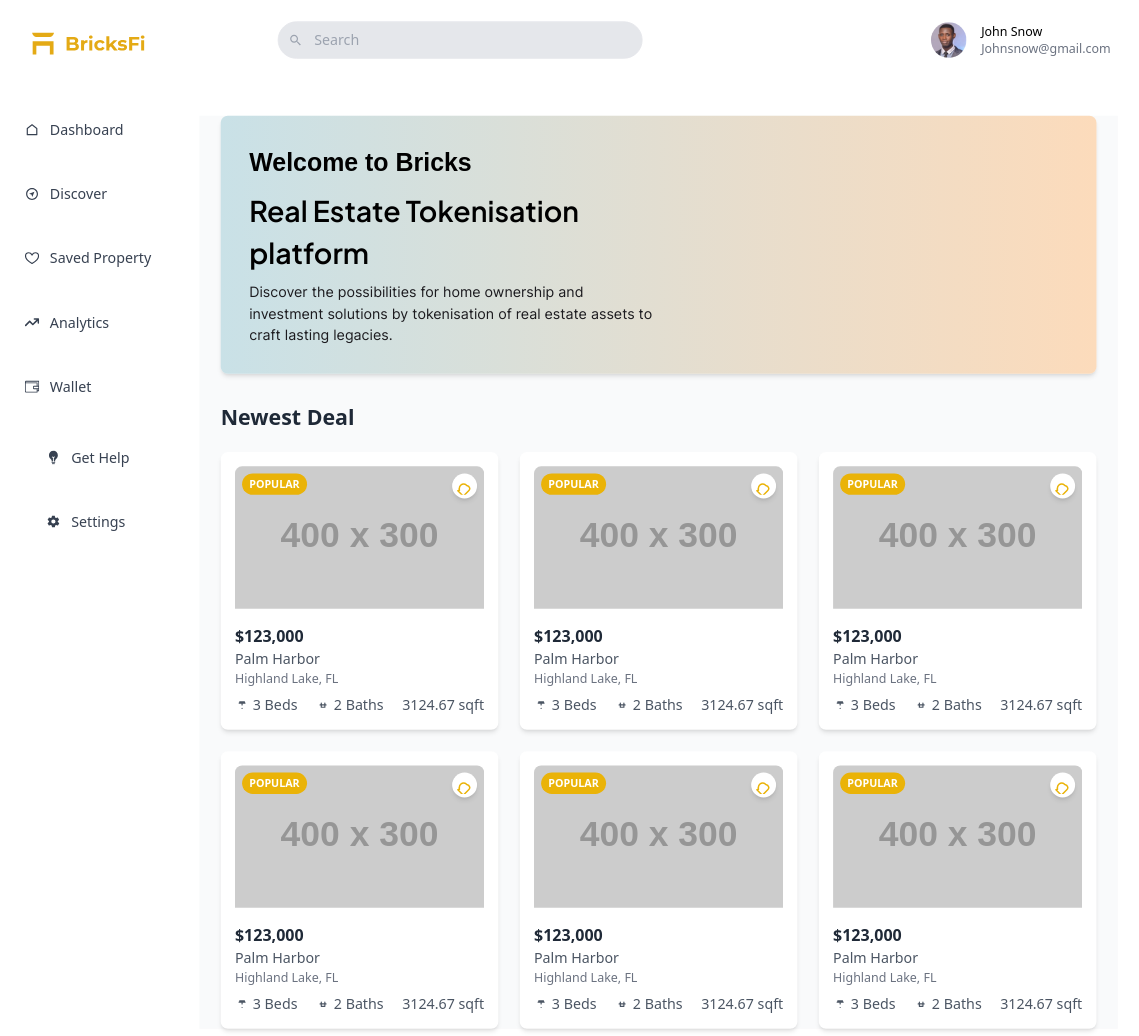
Repository: AyomideAkintade/BricksFi-Frontend
Page: /dashboard/discover (app in client/)
An editor plug-in stored every save of this project. The page is shown before and after the next save, followed by the edit.
The browser window is 1280 px wide. The pictures show the whole page, at 89% of full size.
The page's requests for data from a server got no answer. The project was rebuilt for these pictures with package versions that can differ from the ones it lists, and the page was loaded fresh each time. No one was signed in, and anything a server would have sent is missing. Also part of the build but not shown: client/src/components/navbar.jsx, client/src/components/home.jsx, client/src/components/homeSecond.jsx, client/src/components/homeThird.jsx, client/src/components/homeFifth.jsx, client/src/components/homeSixth.jsx, client/src/components/homeSeventh.jsx, client/src/api/base.js and 16 more.

Above is the page before, as saved 2024-10-04 23:37:50.

### client/src/index.css
@import "tailwindcss/base";
@import "tailwindcss/components";
@import "tailwindcss/utilities";


@layer utilities {
    @font-face {
      font-family: Bebas Neue;
      font-weight: 400;
      src: url(/src/assets/fonts/BebasNeue-Regular.ttf) format("truetype");
    }
    @font-face {
      font-family: Manrope;
      src: url(/src/assets/fonts/Manrope-VariableFont_wght.ttf) format("truetype");
    }
    @font-face {
      font-family: DM Sans;
      src: url(/src/assets/fonts/DMSans-VariableFont_opsz.ttf) format("truetype");
    }
    @font-face {
      font-family: inter;
      src: url(/src/assets/fonts/Inter-VariableFont_slnt\,wght.ttf) format("truetype");
    }
    @font-face {
      font-family: Archivo;
      src: url(/src/assets/fonts/Archivo-Bold.ttf) format("truetype");
    }
    @font-face {
      font-family: Rubik;
      src: url(/src/assets/fonts/Rubik-VariableFont_wght.ttf) format("truetype");
    }
    @font-face {
      font-family: CircularStd;
      src: url(/src/assets/fonts/CircularStd-Bold.ttf) format("truetype");
      src: url(/src/assets/fonts/CircularStd-Medium.ttf) format("truetype");
    }
    @font-face {
        font-family: Poppins;
        src: url(/src/assets/fonts/Poppins-Regular.ttf) format("truetype"), url(/src/assets/fonts/Poppins-Bold.ttf) format("truetype"), url(/src/assets/fonts/Poppins-Medium.ttf) format("truetype");
      }
    @font-face {
      font-family: Lato;
      src: url(/src/assets/fonts/Lato-Regular.ttf) format("truetype"), url(/src/assets/fonts/Lato-Bold.ttf) format("truetype");
    }
    @font-face {
      font-family: satoshi;
      src: url(/src/assets/fonts/Satoshi-Variable.ttf) format("truetype");
    }
    @font-face {
      font-family: ClashDisplay;
      src: url(/src/assets/fonts/ClashDisplay-Variable.ttf) format("truetype");
    }
    @font-face {
      font-family: Outfit;
      src: url(/src/assets/fonts/Outfit-VariableFont_wght.ttf) format("truetype");
    }
    @font-face {
      font-family: Futura;
      src: url(/src/assets/fonts/Futura-Std-Book.ttf) format("truetype");
    }
    @font-face {
      font-family: NeurialGrotesk;
      font-weight: normal;
      src:  url(/src/assets/fonts/NeurialGrotesk-Regular.otf) format("opentype");
    }
    @font-face {
      font-family: NeurialGrotesk;
      font-weight: bold;
      src:  url(/src/assets/fonts/NeurialGrotesk-Bold.otf) format("opentype");
    }
    @font-face {
      font-family: NeurialGrotesk;
      font-weight: 500;
      src:  url(/src/assets/fonts/NeurialGrotesk-Medium.otf) format("opentype");
    }
    @font-face {
        font-family: Jakarta;
        src:  url(/src/assets/fonts/PlusJakartaSans-VariableFont_wght.ttf) format("truetype");
      }
}

### client/src/App.js
import { BrowserRouter as Router, Route, Routes } from "react-router-dom";
import Home from "./pages/homePage";
import HomeFourth from "./components/login.jsx";
import HomeEight from "./components/signup.jsx";
import ForgotPasswordPage from "./components/forgotPassword.jsx";
import DashboardLayout from "./pages/dashboardLayout";
import DashboardPage from "./pages/dashboard.jsx";
import PieAnalytics from "./components/analytics.jsx";
import Discover from "./components/discover.jsx";
import SavedPropertyPage from "./components/savedProperties.jsx";
import { ToastContainer } from "react-toastify";
import 'react-toastify/dist/ReactToastify.css';
import { useEffect, useState } from "react";
import { BrCookies } from "./utils/storage/cookies.js";
// import DiscoverPage from "./pages/discover.jsx";
// import SavedPropertyPage from "./pages/savedProperty.jsx";

function App() {

  const [ loggedIn, setLoggedIn ] = useState(false);
  const [ isLoading, setLoading ] = useState(true);

  useEffect(()=>{
    const ck = new BrCookies(document);
    ck.getCookie('authToken')
      .then((value) => {
        setLoggedIn(true);
        setLoading(false);
      })
      .catch((e) => {
        setLoading(false);
        // this.setState({ isLoading: false }); // Set loading to false even if there is an error
      });
  }, [])
  if (isLoading) {
    return <div></div>;
  }

  return (
    <div>
      <ToastContainer limit={5} />
      {loggedIn ?
      <Router>
        <Routes>
          <Route path="*" element={<DashboardLayout />}>
            <Route index element={<DashboardPage />} />
          </Route>
          <Route path="/dashboard" element={<DashboardLayout />}>
            <Route index element={<DashboardPage />} />
            <Route path="discover" element={<Discover/>} />
            <Route path="saved-property" element={<SavedPropertyPage/>} />
            <Route path="analytics" element={<PieAnalytics />} />
          </Route>
        </Routes>
      </Router>
      :
      <Router>
        <Routes>
          {/* Public Routes */}
          <Route path="/" element={<Home />} />
          <Route path="/login" element={<HomeFourth />} />
          <Route path="/signup" element={<HomeEight />} />
          <Route path="/forgot-password" element={<ForgotPasswordPage />} />

          {/* Dashboard Routes with Sidebar and Header */}
          <Route path="/dashboard" element={<DashboardLayout />}>
            <Route index element={<DashboardPage />} />
            <Route path="discover" element={<Discover/>} />
            <Route path="saved-property" element={<SavedPropertyPage/>} />
            <Route path="analytics" element={<PieAnalytics />} />
          </Route>
        </Routes>
      </Router>
      }
    </div>
  );
}

export default App;

### client/src/pages/dashboardLayout.jsx
import React from 'react';
import Sidebar from '../components/sidebar';
import Header from '../components/header';
import { Outlet } from 'react-router-dom';

const DashboardLayout = () => {
  return (
    <div className="flex">
      {/* Sidebar */}
      <Sidebar />

      <div className="flex-1 ml-[200px]">
        {/* Header */}
        <Header />

        <div className="px-6 py-2">
          {/* Outlet will render the child routes here */}
          <Outlet />
        </div>
      </div>
    </div>
  );
};

export default DashboardLayout;

### client/src/components/discover.jsx
import React from 'react';

const properties = [
  {
    id: 1,
    price: "$123,000",
    name: "Palm Harbor",
    location: "Highland Lake, FL",
    bedrooms: 3,
    bathrooms: 2,
    area: "3124.67 sqft",
    imageUrl: "https://via.placeholder.com/400x300", // Replace with actual image URL
    popular: true,
  },
  {
    id: 2,
    price: "$123,000",
    name: "Palm Harbor",
    location: "Highland Lake, FL",
    bedrooms: 3,
    bathrooms: 2,
    area: "3124.67 sqft",
    imageUrl: "https://via.placeholder.com/400x300", // Replace with actual image URL
    popular: true,
  },
  {
    id: 3,
    price: "$123,000",
    name: "Palm Harbor",
    location: "Highland Lake, FL",
    bedrooms: 3,
    bathrooms: 2,
    area: "3124.67 sqft",
    imageUrl: "https://via.placeholder.com/400x300", // Replace with actual image URL
    popular: true,
  },
  {
    id: 4,
    price: "$123,000",
    name: "Palm Harbor",
    location: "Highland Lake, FL",
    bedrooms: 3,
    bathrooms: 2,
    area: "3124.67 sqft",
    imageUrl: "https://via.placeholder.com/400x300", // Replace with actual image URL
    popular: true,
  },
  {
    id: 5,
    price: "$123,000",
    name: "Palm Harbor",
    location: "Highland Lake, FL",
    bedrooms: 3,
    bathrooms: 2,
    area: "3124.67 sqft",
    imageUrl: "https://via.placeholder.com/400x300", // Replace with actual image URL
    popular: true,
  },
  {
    id: 6,
    price: "$123,000",
    name: "Palm Harbor",
    location: "Highland Lake, FL",
    bedrooms: 3,
    bathrooms: 2,
    area: "3124.67 sqft",
    imageUrl: "https://via.placeholder.com/400x300", // Replace with actual image URL
    popular: true,
  },
  // Add more property data as needed
];

const Discover = () => {
  return (
    <div className="bg-gray-50 min-h-screen">
      {/* Hero Section */}
      <section className="bg-gradient-to-r from-[#C9E1E7] to-[#FCDBBB] p-8 rounded-lg mx-6 my-8 shadow-md">
        <div className="grid grid-cols-1 md:grid-cols-2 items-center">
          <div className='flex flex-col gap-2'>
            <h1 className="text-[28px] font-semibold font-[sans-serif]">
              Welcome to Bricks
            </h1>
            <p className="text-[32px] font-semibold font-jakarta">
              Real Estate Tokenisation platform
            </p>
            <p className="text-[#1C1B1F] tracking-[2%] font-inter">
              Discover the possibilities for home ownership and investment
              solutions by tokenisation of real estate assets to craft lasting
              legacies.
            </p>
          </div>
          {/* <div>
            <img
              src="https://via.placeholder.com/600x400" // Replace with actual image URL
              alt="Real Estate Building"
              className="w-full rounded-lg"
            />
          </div> */}
        </div>
      </section>

      {/* Newest Deal Section */}
      <section className="px-6">
        <h2 className="text-2xl font-semibold text-gray-800 mb-6">Newest Deal</h2>
        <div className="grid grid-cols-1 md:grid-cols-3 lg:grid-cols-3 gap-6">
          {properties.map((property) => (
            <div key={property.id} className="bg-white p-4 rounded-lg shadow-md">
              <div className="relative">
                <img
                  src={property.imageUrl}
                  alt={property.name}
                  className="w-full h-40 object-cover rounded-t-lg"
                />
                {property.popular && (
                  <div className="absolute top-2 left-2 bg-yellow-500 text-white text-xs font-semibold px-2 py-1 rounded-full">
                    POPULAR
                  </div>
                )}
                <button className="absolute top-2 right-2 bg-white p-1 rounded-full shadow-md">
                  <svg
                    xmlns="http://www.w3.org/2000/svg"
                    fill="none"
                    viewBox="0 0 24 24"
                    stroke="currentColor"
                    className="w-5 h-5 text-yellow-500"
                  >
                    <path
                      strokeLinecap="round"
                      strokeLinejoin="round"
                      strokeWidth={2}
                      d="M5.121 17.804A4.992 4.992 0 015 15c0-1.38.56-2.63 1.464-3.536l.707-.707c.879-.88 2.03-1.464 3.537-1.464 1.507 0 2.658.584 3.537 1.464l.707.707A4.992 4.992 0 0119 15a4.992 4.992 0 01-1.465 3.535l-6.585 6.585a1 1 0 01-1.414 0l-6.585-6.585z"
                    />
                  </svg>
                </button>
              </div>
              <div className="mt-4">
                <h3 className="text-lg font-semibold text-gray-800">{property.price}</h3>
                <p className="text-gray-600">{property.name}</p>
                <p className="text-sm text-gray-500">{property.location}</p>
                <div className="flex items-center justify-between mt-2">
                  <div className="flex items-center text-gray-600">
                    <svg
                      xmlns="http://www.w3.org/2000/svg"
                      fill="none"
                      viewBox="0 0 24 24"
                      stroke="currentColor"
                      className="w-4 h-4 mr-1"
                    >
                      <path
                        strokeLinecap="round"
                        strokeLinejoin="round"
                        strokeWidth={2}
                        d="M8 7h8M7 9h10M12 12V9m0 9h.01"
                      />
                    </svg>
                    {property.bedrooms} Beds
                  </div>
                  <div className="flex items-center text-gray-600">
                    <svg
                      xmlns="http://www.w3.org/2000/svg"
                      fill="none"
                      viewBox="0 0 24 24"
                      stroke="currentColor"
                      className="w-4 h-4 mr-1"
                    >
                      <path
                        strokeLinecap="round"
                        strokeLinejoin="round"
                        strokeWidth={2}
                        d="M7 12h10M9 12v4h6v-4M9 9v3m6-3v3"
                      />
                    </svg>
                    {property.bathrooms} Baths
                  </div>
                  <div className="text-gray-600">{property.area}</div>
                </div>
              </div>
            </div>
          ))}
        </div>
      </section>
    </div>
  );
};

export default Discover;

### client/src/utils/storage/cookies.js

// eslint-disable-next-line no-unused-vars
class BrCookies {

    constructor(document) {
        this.document = document || (typeof document !== "undefined" ? document : null);
    }

    /**
     *
     * @param {Array<CookieData>} dataList
     */

    saveCookies(dataList){

        if (!Array.isArray(dataList)) {
            throw new Error("Data list must be an array.");
        }

        for (const data of dataList) {
            if (!(data instanceof CookieData)) {
                throw new Error("Invalid cookie data format.");
            }

            // save each cookie
            let cookieValue = `${data.name}=${data.value}; expires=${data.expiryDate.toUTCString()}; path=/`;

            // Set SameSite=None if running on localhost
            if (window.location.hostname !== 'localhost') {

                cookieValue += '; SameSite=Strict; Secure'
            }

            this.document.cookie = cookieValue;
        }
    }

    async getCookie(name) {
        return new Promise((resolve, reject) => {
          const cookies = this.document.cookie.split('; ');
          for (const cookie of cookies) {
            const [cookieName, cookieValue] = cookie.split('=');
            if (cookieName === name) {
              resolve(cookieValue);
              return;
            }
          }
          reject(new Error(`Cookie with name ${name} not found.`));
        });
    }

    removeCookie(name) {
        this.document.cookie = name + "=;Path=/;expires=Thu, 01 Jan 1970 00:00:00 GMT";
    }

    removeAllCookies() {
        const cookies = this.document.cookie.split(";");
        for (var i = 0; i < cookies.length; i++) {
            const cookie = cookies[i];
            const eqPos = cookie.indexOf("=");
            const name = eqPos > -1 ? cookie.substr(0, eqPos) : cookie;
            document.cookie = name + "=;Path=/;expires=Thu, 01 Jan 1970 00:00:00 GMT";
        }
    }
}


class CookieData {
    constructor(name, value, expiryDate) {

        if (typeof name !== "string" || typeof value !== "string" || !(expiryDate instanceof Date) || name.length === 0) {
            throw new Error("Invalid CookieData format.");
        }

        this.name = name;
        this.value = value;
        this.expiryDate = expiryDate;
    }
}

function createCookieDate(timeInSec) {

    const timeInDays = timeInSec / (3600 * 24);

    const currentDate = new Date();

    const futureDate = new Date();
    futureDate.setDate(currentDate.getDate() + timeInDays);


    return futureDate
}


export { BrCookies, CookieData, createCookieDate };

### client/src/components/sidebar.jsx
import React from 'react';
import { Link } from 'react-router-dom';
import { RiHomeLine } from "react-icons/ri";
import { RiCompassDiscoverLine } from "react-icons/ri";
import { GrFavorite } from "react-icons/gr";
import { FaArrowTrendUp } from "react-icons/fa6";
import { TfiWallet } from "react-icons/tfi";
import { IoBulbSharp } from "react-icons/io5";
import { IoMdSettings } from "react-icons/io";
import BricksFi from "../assets/bricksfi.svg"

const Sidebar = () => {
  return (
    <aside className="bg-white h-screen w-[15%] fixed p-3 min-w-[200px]">
      <div className="p-6">
        <img
        src={BricksFi}
        alt='BricksFi'
        className='w-full'
        />
      </div>
      <nav className="mt-8">
        <ul className="space-y-4">
          <li className="p-4 hover:bg-yellow-100">
            <Link to="/dashboard" className="flex items-center text-gray-700">
              <RiHomeLine className="mr-3" /> Dashboard
            </Link>
          </li>
          <li className="p-4 hover:bg-yellow-100">
            <Link to="/dashboard/discover" className="flex items-center text-gray-700">
              <RiCompassDiscoverLine className="mr-3" /> Discover
            </Link>
          </li>
          <li className="p-4 hover:bg-yellow-100">
            <Link to="/dashboard/saved-property" className="flex items-center text-gray-700">
              <GrFavorite className="mr-3" /> Saved Property
            </Link>
          </li>
          <li className="p-4 hover:bg-yellow-100">
            <Link to="/dashboard/analytics" className="flex items-center text-gray-700">
              <FaArrowTrendUp className="mr-3" /> Analytics
            </Link>
          </li>
          <li className="p-4 hover:bg-yellow-100">
            <Link to="/dashboard/wallet" className="flex items-center text-gray-700">
              <TfiWallet className="mr-3" /> Wallet
            </Link>
          </li>
        </ul>
      </nav>
      <div className="mt-auto p-6">
        <ul className="space-y-4">
          <li className="p-4 hover:bg-yellow-100">
            <Link to="/" className="flex items-center text-gray-700">
              <IoBulbSharp className="mr-3" /> Get Help
            </Link>
          </li>
          <li className="p-4 hover:bg-yellow-100">
            <Link to="/" className="flex items-center text-gray-700">
              <IoMdSettings className="mr-3" /> Settings
            </Link>
          </li>
        </ul>
      </div>
    </aside>
  );
};

export default Sidebar;

### client/src/components/header.jsx
import React from 'react';
import COCO from "../assets/clem.jpeg"
import { IoMdSearch } from "react-icons/io";
import { IoNotificationsOutline } from "react-icons/io5";

const Header = () => {
  return (
    <div className="w-full flex gap-10 justify-between items-center py-6 bg-white sticky top-0 z-50 px-12" >
      {/* style={{boxShadow: "1px 1px 20px -8px #0000001A"}} */}
      <div className='px-16 w-full'>
      <div className="relative w-2/3">
        <input
          type="text"
          placeholder="Search"
          className="p-2 pl-10 w-full border rounded-full bg-gray-200 text-black focus:outline-none"
        />
        <IoMdSearch className="absolute left-3 top-1/2 transform -translate-y-1/2 text-gray-400" />
      </div>
      </div>
      <div className="flex items-center space-x-4 ">
        <IoNotificationsOutline className="text-gray-700 text-2xl" />
        <img
          src={COCO}
          alt="profile"
          className="rounded-full h-10 w-10"
        />
        <div className="">
          <span className="block text-sm font-medium">John Snow</span>
          <span className="block text-sm text-gray-500">Johnsnow@gmail.com</span>
        </div>
      </div>
    </div>
  );
};

export default Header;

### client/tailwind.config.js
/** @type {import('tailwindcss').Config} */
module.exports = {
  content: ["./src/**/*.{html,js,jsx}"],
  theme: {
    extend: {
      fontFamily: {
        Bebas: ['Bebas Neue'],
        Manrope: ['Manrope'],
        dmsans: ['DM Sans'],
        inter: ['inter'],
        Archivo: ['Archivo'],
        Rubik: ['Rubik'],
        CircularStd: 'CircularStd',
        Poppins: 'Poppins',
        Lato: 'Lato',
        satoshi: 'satoshi',
        ClashDisplay: 'ClashDisplay',
        outfit: 'Outfit',
        futura: 'Futura',
        Neurial: 'NeurialGrotesk',
        jakarta: 'Jakarta'
      }
    },
    screens: {
      sm: '640px',
      // => @media (min-width: 640px) { ... }

      md: '768px',
      // => @media (min-width: 768px) { ... }

      lg: '1024px',
      // => @media (min-width: 1024px) { ... }

      xl: '1280px',
      // => @media (min-width: 1280px) { ... }

      '2xl': '1536px',
      // => @media (min-width: 1536px) { ... }
      'custombp': {'raw': '(min-height: 375px),(min-width:768px)'}
    },
  },
  plugins: [],
}

Loaded but not shown: client/public/index.html (common file); client/src/index.js (common file); client/src/reportWebVitals.js (common file)

After the next save:
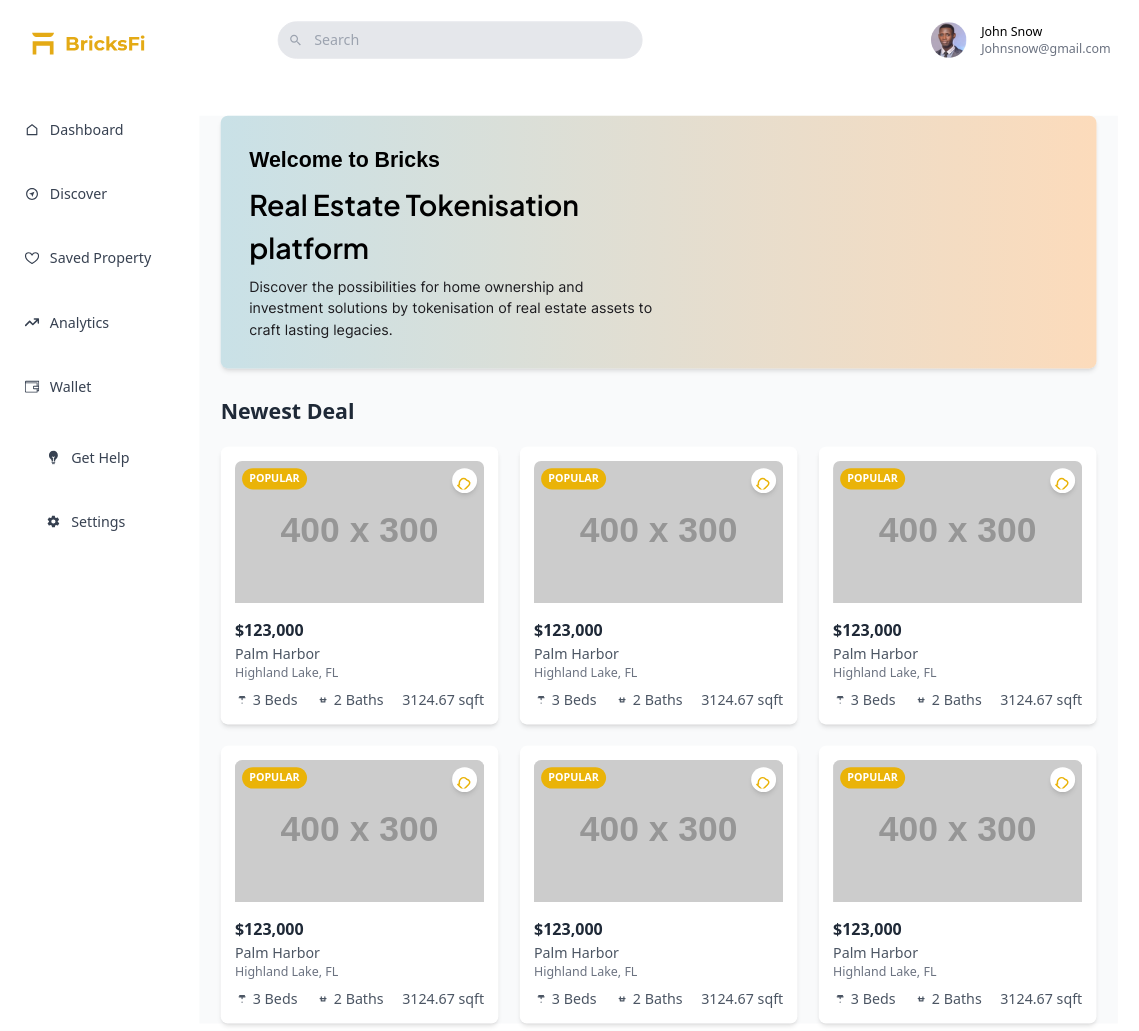
Saved 4 s later.
--- a/client/src/components/discover.jsx
+++ b/client/src/components/discover.jsx
@@ -77,7 +77,7 @@ const Discover = () => {
       <section className="bg-gradient-to-r from-[#C9E1E7] to-[#FCDBBB] p-8 rounded-lg mx-6 my-8 shadow-md">
         <div className="grid grid-cols-1 md:grid-cols-2 items-center">
           <div className='flex flex-col gap-2'>
-            <h1 className="text-[28px] font-semibold font-[sans-serif]">
+            <h1 className="text-[24px] font-semibold font-[sans-serif]">
               Welcome to Bricks
             </h1>
             <p className="text-[32px] font-semibold font-jakarta">
